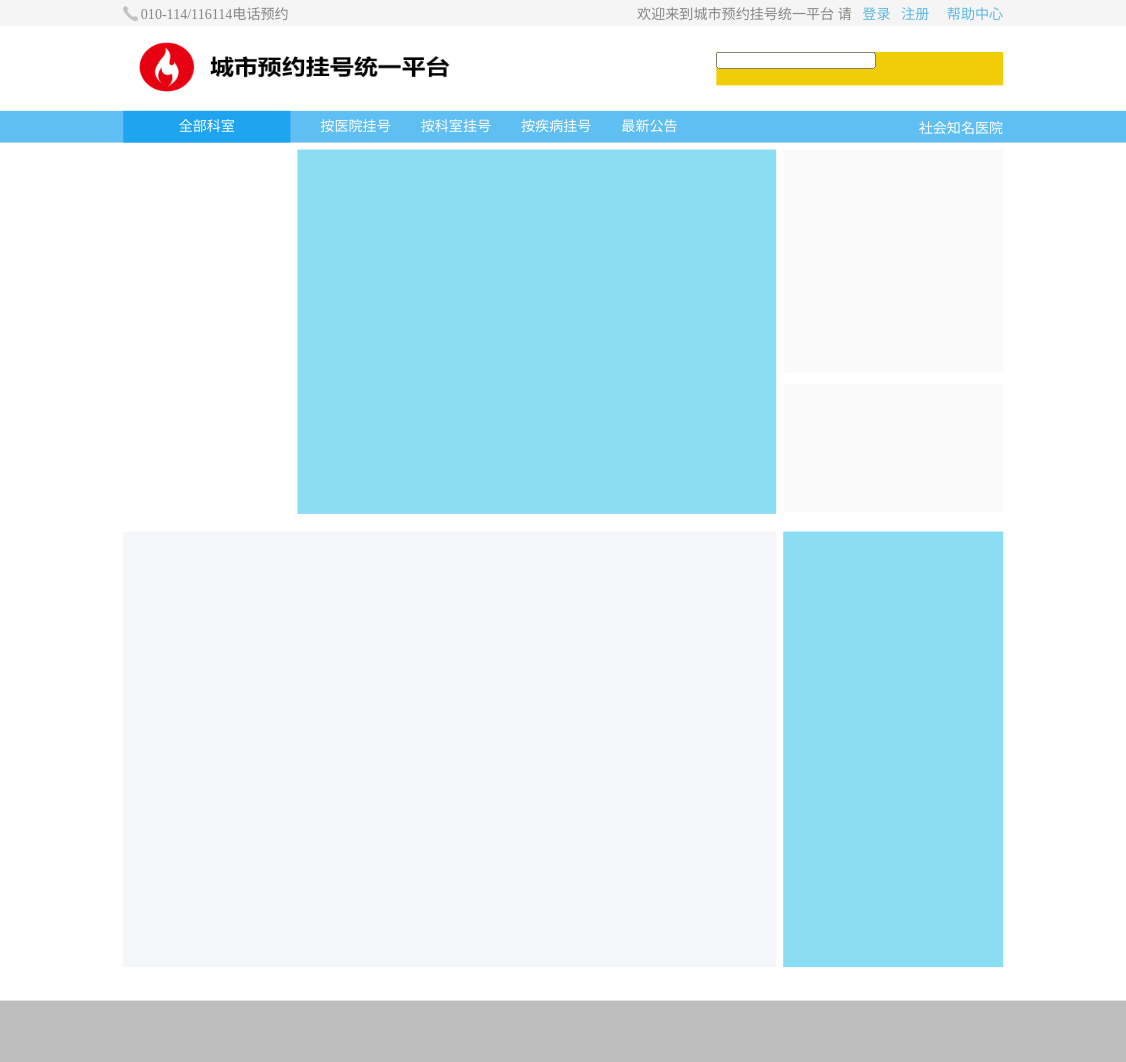
Repository: zhenzhen-gong/HospitalDemo
Page: index.html
An editor plug-in stored every save of this project. The page is shown before and after the next save, followed by the edit.
The browser window is 1280 px wide. The pictures show the whole page, at 88% of full size.

Above is the page before, as saved 2020-07-08 16:21:07.

After the next save:
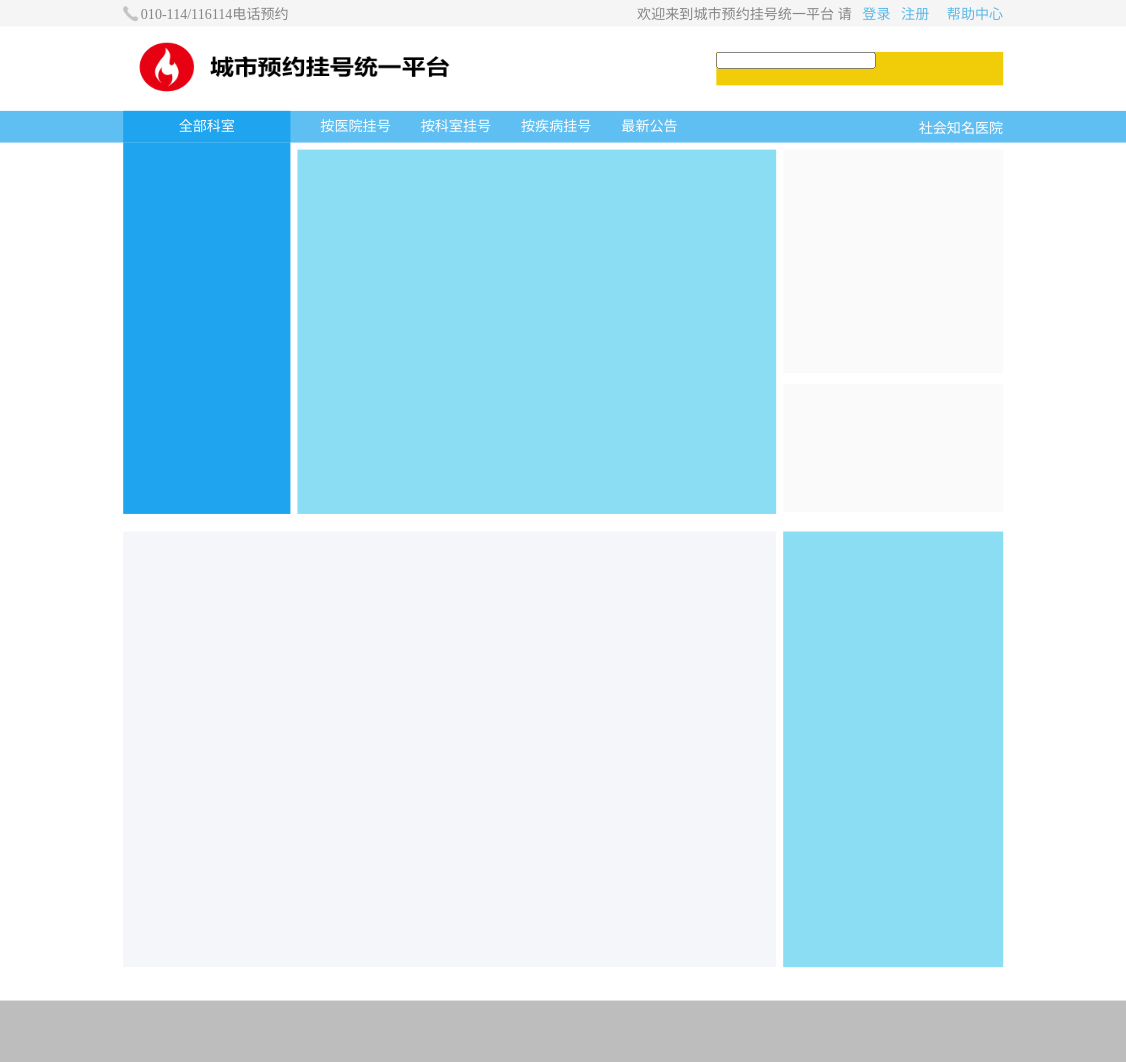
Saved 2 min 8 s later.
--- a/css/style.css
+++ b/css/style.css
@@ -72,6 +72,7 @@
     display: inline-block;
     color: #ffffff;
     padding-left: 30px;
+    position: relative;
 }
 .nav .nav-menu ul li:first-child{
     width: 190px;
@@ -82,7 +83,13 @@
 .nav .nav-menu div:last-child{
     color: #ffffff;
 }
-
+.nav .nav-menu ul li .menu-list{
+    position: absolute;
+    top:36px;
+    width: 190px;
+    height: 422px;
+    background: #1fa4f0;
+}
 
 /* banner部分 */
 .banner{
